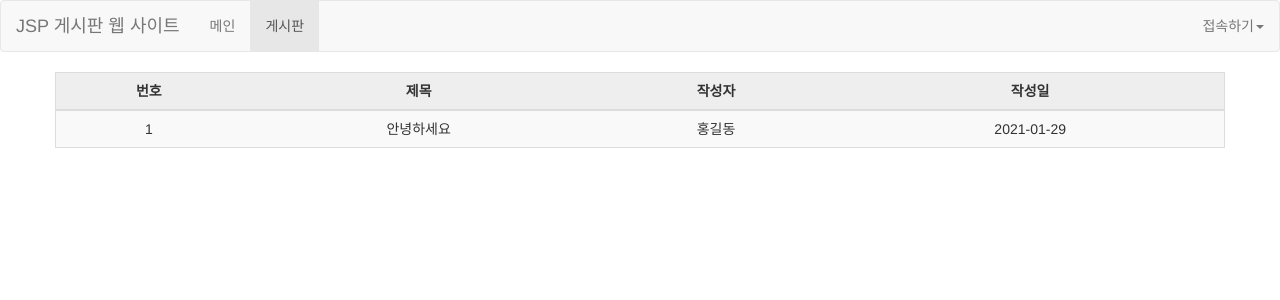
Repository: tykwon97/JSP
Page: http://localhost/BBS/bbs.jsp
An editor plug-in stored every save of this project. The page is shown before and after the next save, followed by the edit.
The browser window is 1280 px wide. The pictures show the whole page.
Some web libraries are served in a nearby version. The page is served by Tomcat 9. Other server files are loaded and not shown.

Above is the page before, as saved 2021-01-28 15:20:10.

### projects/BBS/WebContent/bbs.jsp
<%@ page language="java" contentType="text/html; charset=UTF-8"
	pageEncoding="UTF-8"%>
<%@ page import="java.io.PrintWriter"%>
<!-- 라이브러리를 불러오기 위함 -->
<!DOCTYPE html>
<html>
<head>
<meta http-equiv="Content-Type" content="text/html ; charset=UTF-8">
<meta name="viewport" content="width=device-width" , initial-scale="1">
<link rel="stylesheet" href="css/bootstrap.css">
<title>JSP 게시판 웹 사이트</title>
</head>
<body>
	<%
		String userID = null;
	if (session.getAttribute("userID") != null) {
		userID = (String) session.getAttribute("userID");
	}
	%>
	<nav class="navbar navbar-default">
		<div class="navbar-header">
			<button type="button" class="navbar-toggle collapsed"
				data-toggle="collapse" data-target="#bs-example-navbar-collapse-1"
				aria-expanded="false">
				<span class="icon-bar"></span> <span class="icon-bar"></span> <span
					class="icon-bar"></span>
			</button>
			<a class="navbar-brand" href="main.jsp">JSP 게시판 웹 사이트</a>
		</div>
		<div class="collapse navbar-collapse"
			id="bs-example-navbar-collapse-1">
			<ul class="nav navbar-nav">
				<li><a href="main.jsp">메인</a></li>
				<li class="active"><a href="bbs.jsp">게시판</a></li>	<!-- class="active" : 현재 선택이 됨 -->
			</ul>
			<%
				if (userID == null) {
			%>
			<ul class="nav navbar-nav navbar-right">
				<li class="dropdown"><a href="#" class="dropdown-toggle"
					data-toggle="dropdown" role="button" aria-haspopup="true"
					aria-expanded="false"> 접속하기<span class="caret"></span></a> <!-- 아이콘 -->
					<ul class="dropdown-menu">
						<li><a href="login.jsp">로그인</a></li>
						<li><a href="join.jsp">회원가입</a></li>
					</ul></li>
			</ul>
			<%
				} else { //로그인 되어 있는 사람
			%>
			<ul class="nav navbar-nav navbar-right">
				<li class="dropdown"><a href="#" class="dropdown-toggle"
					data-toggle="dropdown" role="button" aria-haspopup="true"
					aria-expanded="false"> 회원관리<span class="caret"></span></a> <!-- 아이콘 -->
					<ul class="dropdown-menu">
						<li><a href="logoutAction.jsp">로그아웃</a></li>
					</ul></li>
			</ul>
			<%
				}
			%>
		</div>
	</nav>

	<!--  게시판 화면 넣어주기 -->
	<div class="container">
		<div class="row">
			<table class="table table-striped" style="text-align: center; border :1px solid #dddddd">
			<!-- table table-striped 줄별로 보기 좋게 음영처리 -->
				<thead> <!-- 테이블의 제목 -->
					<tr> <!-- 테이블의 하나의 행(한 줄) -->
						<th style="background-color : #eeeeee; text-align:center;">번호</th> <!-- 한 개의 속성 -->
						<th style="background-color : #eeeeee; text-align:center;">제목</th>
						<th style="background-color : #eeeeee; text-align:center;">작성자</th>
						<th style="background-color : #eeeeee; text-align:center;">작성일</th>
					</tr>
				</thead>
				<tbody>
					<td>1</td>
					<td>안녕하세요</td>
					<td>홍길동</td>
					<td>2021-01-29</td>
				</tbody>

		</div>
	</div>



	<script src="https://code.jquery.com/jquery-3.1.1.min.js"></script>
	<script src="js/bootstrap.js"></script>
</body>
</html>

Loaded but not shown: projects/BBS/WebContent/css/bootstrap.css (library); projects/BBS/WebContent/js/bootstrap.js (library)

After the next save:
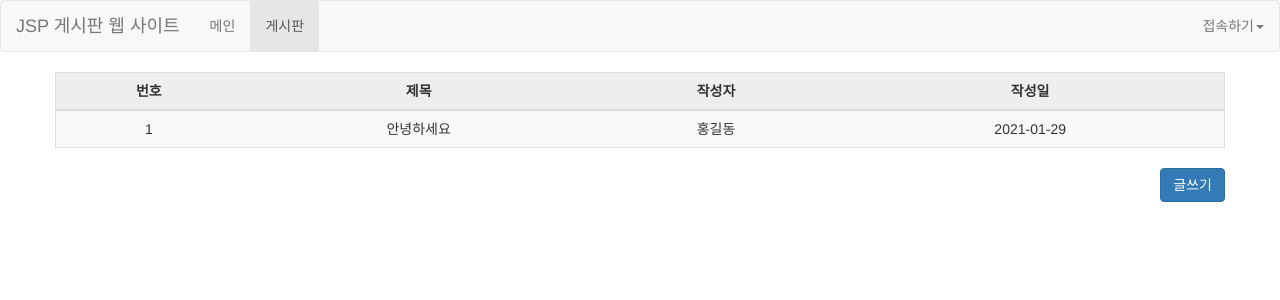
Saved 5 min 14 s later.
--- a/projects/BBS/WebContent/bbs.jsp
+++ b/projects/BBS/WebContent/bbs.jsp
@@ -81,7 +81,8 @@
 					<td>홍길동</td>
 					<td>2021-01-29</td>
 				</tbody>
-
+			</table>
+			<a href="write.jsp" class="btn btn-primary pull-right">글쓰기</a>
 		</div>
 	</div>
 
